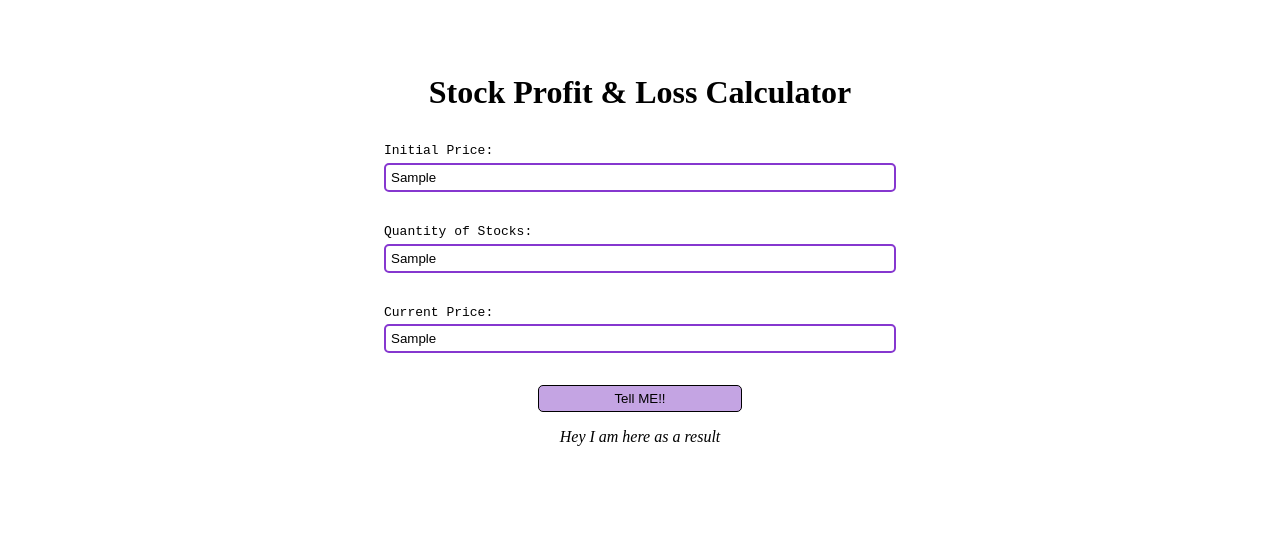
Repository: patelamancode/Stock-P-L-Calculator
Page: index.html
An editor plug-in stored every save of this project. The page is shown before and after the next save, followed by the edit.
The browser window is 1280 px wide. The pictures show the whole page.
Empty fields were first filled with sample values (such as "Sample", 5 or name@example.com).
After loading, the first visible `#check-btn` was clicked once.

Above is the page before, as saved 2022-11-23 19:16:13.
Console error: ReferenceError: x is not defined

### index.html
<!DOCTYPE html>
<html lang="en">
<head>
    <meta charset="UTF-8">
    <meta http-equiv="X-UA-Compatible" content="IE=edge">
    <meta name="viewport" content="width=device-width, initial-scale=1.0">
    <link rel="stylesheet" href="index.css">
    <title>Stock Profit and Loss Calc</title>
</head>
<body>
    <div id="main-container">
        <h1 class="app-title">Stock Profit & Loss Calculator</h1>
        <label for="initial Price">Initial Price:</label>
        <input type="text" id="initial-price-input" placeholder="Initial Price">
        <label for="number of stock">Quantity of Stocks:</label>
        <input type="text" id="stock-count" placeholder="Number of Stocks">
        <label for="current Price">Current Price:</label>
        <input type="text" id="current-price-input" placeholder="Current Price" >
        <button id="check-btn">Tell ME!!</button>
        <p id="result-display">Hey I am here as a result</p>
        <p class="refresh-btn">⟳</p>
    </div>
    <script src="index.js"></script>
</body>
</html>

### index.css
* {
    margin: 0;
    padding: 0;
  }


  #main-container {
    display: flex;
    flex-direction: column;
    width: 40vw;
    margin: auto;
    margin-top: 2rem;
    padding: 10px;
    text-align: center;
  }

  .app-title {
    margin: 2rem 0 0 0;
  }
  label{
    margin-top: 2rem;
    margin-bottom: 0.3rem;
    text-align: left;
    font-family: monospace;
  }
  input{
    border: 2px solid rgb(134, 55, 207);
    border-radius: 5px;
    padding: 5px;
  }
  #check-btn{
    margin: auto;
    text-align: center;
    margin-top: 2rem;
    width: 40%;
    padding: 5px 0px;
    background-color:rgba(143, 82, 201, 0.521);
    border: 1px solid;
    border-radius: 5px;
  }

  #result-display{
    display: none;
    padding-top: 1rem;
    font-style: italic;
    margin: auto;
  }

  .refresh-btn{
    display: none;
    cursor: pointer;
    margin: auto;
    padding-top: 2rem;
    font-size: larger;
    color: rgba(49, 10, 85, 0.952);
  }

### index.js
const checkButton = document.querySelector('#check-btn');
const initialValue = document.querySelector('#initial-price-input');
const stockCount = document.querySelector('#stock-count');
const currentValue = document.querySelector('#current-price-input');
const resultDisplay = document.querySelector('#result-display');
const reload = document.querySelector('.refresh-btn');


const profitAmount = function(){
    let x = "Aman";
}

const profitPercentage = function(){
    console.log("I am percent and called")
}

function showResult(profitAmount, profitPercentage){
    // validation needed
    // profitAmount();
    // profitPercentage();
    console.log(profitAmount, profitPercentage);
    resultDisplay.style.display = "flex";
    let result = resultDisplay.innerText =  `Hey, the ${x} is {amount} and the percent is {percentage%}`;
    return result;
}


checkButton.addEventListener('click', function(){
    showResult();
    reload.style.display = "flex";
})

reload.addEventListener('click', function(){
    window.location.reload();
})

After the next save:
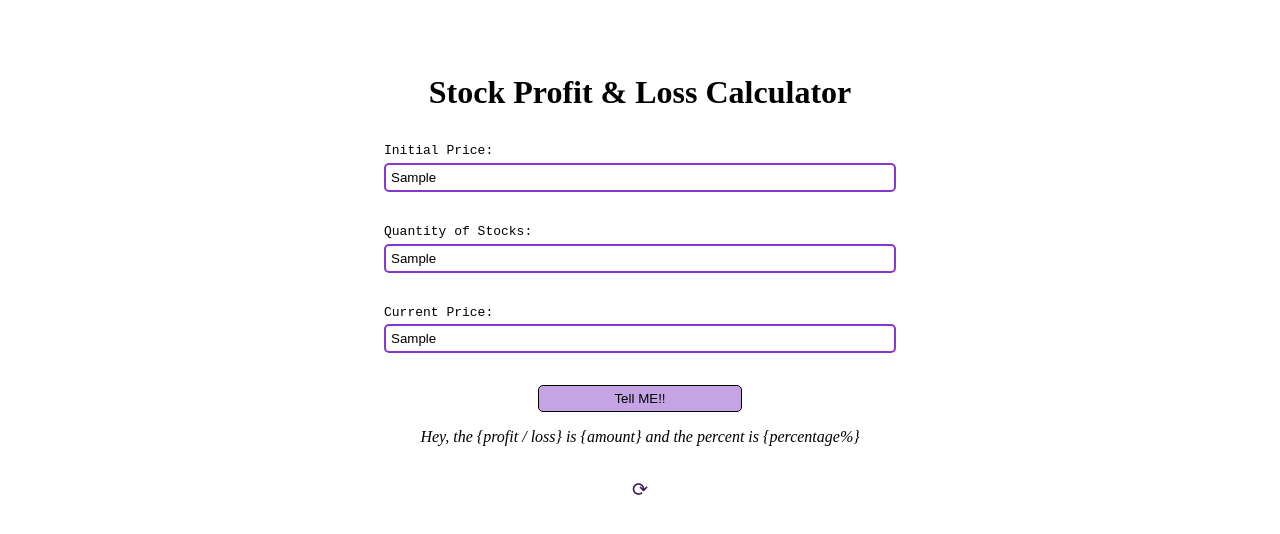
The error is gone.
Saved 37 s later.
--- a/index.js
+++ b/index.js
@@ -14,13 +14,12 @@ const profitPercentage = function(){
     console.log("I am percent and called")
 }
 
-function showResult(profitAmount, profitPercentage){
+function showResult(){
     // validation needed
-    // profitAmount();
-    // profitPercentage();
-    console.log(profitAmount, profitPercentage);
+    profitAmount();
+    profitPercentage();
     resultDisplay.style.display = "flex";
-    let result = resultDisplay.innerText =  `Hey, the ${x} is {amount} and the percent is {percentage%}`;
+    let result = resultDisplay.innerText =  `Hey, the {profit / loss} is {amount} and the percent is {percentage%}`;
     return result;
 }
 
